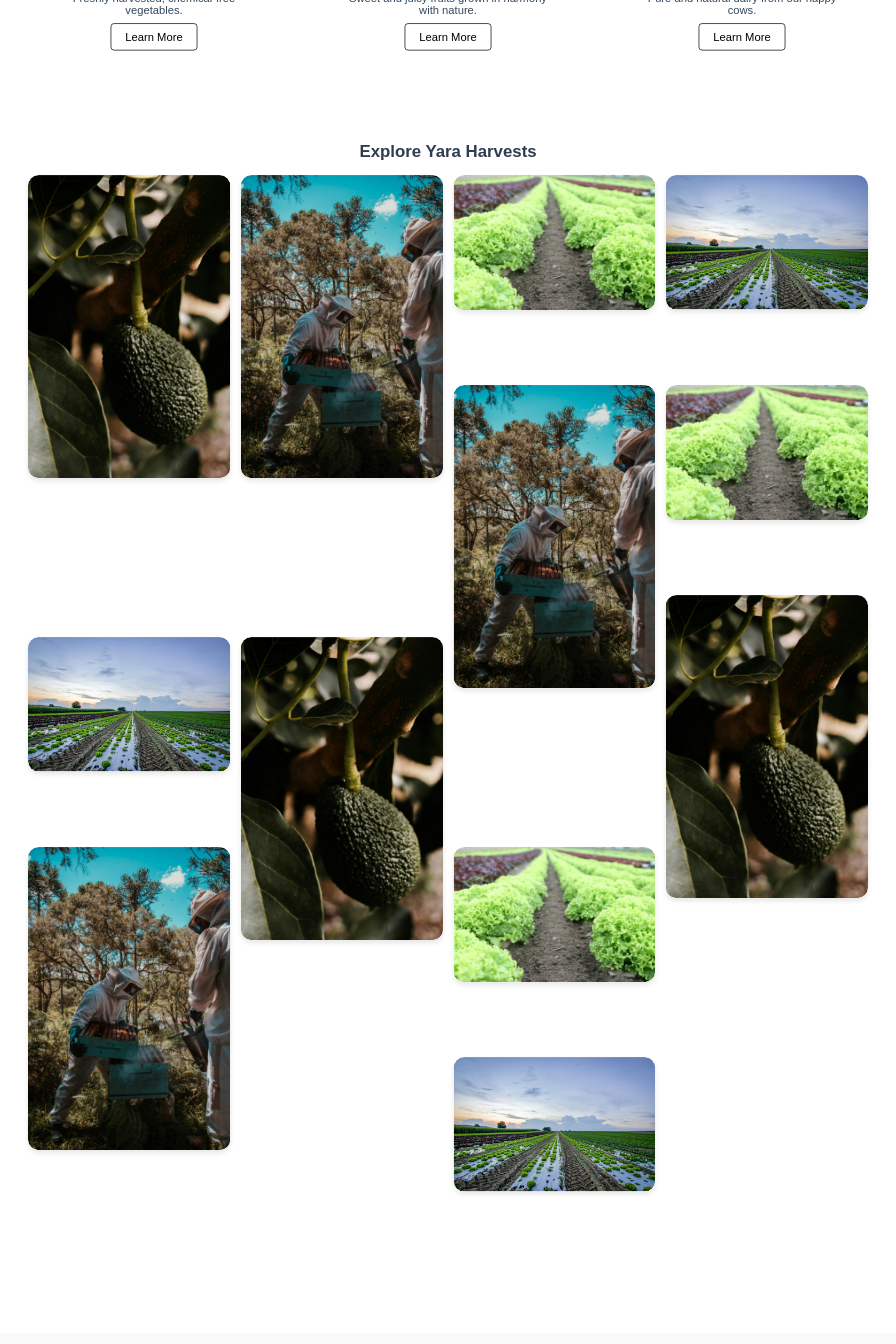
Repository: Kanyi-Manyara/yara-farm
Page: index.html
An editor plug-in stored every save of this project. The page is shown before and after the next save, followed by the edit.
The browser window is 1280 px wide. The pictures show the part of the page from y = 1243 to 3163 px (the page is 4402 px tall before and 4162 px after), at 70% of full size.

Above is the page before, as saved 2025-05-11 10:45:08.
Console error: ReferenceError: applyVariedHeights is not defined

### index.html
<!DOCTYPE html>
<html lang="en">
<head>
  <meta charset="UTF-8">
  <meta name="viewport" content="width=device-width, initial-scale=1.0, maximum-scale=1.0, user-scalable=no">
  <meta name="HandheldFriendly" content="true">  <title>Yara Harvests</title>
  <link rel="stylesheet" href="style.css">
  <link rel="stylesheet" href="https://cdnjs.cloudflare.com/ajax/libs/font-awesome/6.0.0/css/all.min.css">

  <link rel="stylesheet" href="https://cdnjs.cloudflare.com/ajax/libs/font-awesome/6.0.0/css/all.min.css">

</head>
<body>

     <!-- Logo -->
  <header>
    <a href="#" class="logo">
      <img src="assets/farmlogobg2.png" alt="Yara Harvests Logo">
    </a>
  </header>
  <!-- Splash Screen -->
  <div id="splash-screen">
    <div class="splash-content">
        <img src="assets/Farm Logo.png" alt="Logo">
      <!-- <h1>Yara Harvests</h1>
      <p>Where Nature Meets Nourishment</p> -->
    </div>
  </div>

  <!-- Hero Section -->
<section id="hero">
    <div class="video-container">
      <video autoplay muted loop id="hero-video">
        <source src="assets/land.mp4" type="video/mp4">
        Your browser does not support the video tag.
      </video>
    </div>
    <div class="hero-content">
      <h1>Fresh, Organic Produce Straight from Our Farm to Your Table</h1>
      <a href="#products" class="cta-button">Explore Our Harvest</a>
    </div>
  </section>
  <!-- Hero Section
<section id="hero">
    <div class="video-container">
      <video autoplay muted loop id="hero-video">
        <source src="assets/land.mp4" type="video/mp4">
        Your browser does not support the video tag.
      </video>
    </div>
    <div class="hero-content">
      <h1>Fresh, Organic Produce Straight from <br>Our Farm to Your Table</h1>
      <a href="#products" class="cta-button">Explore Our Harvest</a>
    </div>
  </section> -->

  <!-- About Section -->
  <section id="about">
    <div class="about-content">
      <h2>Our Story</h2>
      <p>At Yara Harvests, we are committed to sustainable farming practices. Our mission is to provide fresh, organic produce to our community while preserving the environment.</p>
      <!-- <img src="assets/images/avocado.jpg" alt="Yara Harvests Farm"> -->
    </div>
  </section>

<!-- Products Section -->
<section id="products">
    <h2>What We Offer</h2>
    <div class="product-grid">
      <div class="product-card">
        <i class="fas fa-carrot"></i>
        <h3>Organic Vegetables</h3>
        <p>Freshly harvested, chemical-free vegetables.</p>
        <a href="products/vegetables.html" class="learn-more">Learn More</a>
      </div>
      <div class="product-card">
        <i class="fas fa-apple-alt"></i>
        <h3>Seasonal Fruits</h3>
        <p>Sweet and juicy fruits grown in harmony with nature.</p>
        <a href="products/fruits.html" class="learn-more">Learn More</a>
      </div>
      <div class="product-card">
        <i class="fas fa-cheese"></i>
        <h3>Dairy Products</h3>
        <p>Pure and natural dairy from our happy cows.</p>
        <a href="products/dairy.html" class="learn-more">Learn More</a>
      </div>
    </div>
  </section>

<!-- gallery -->
<section id="gallery">
  <h2>Explore Yara Harvests</h2>
  <div class="gallery-grid">
    <div class="gallery-item">
      <img src="assets/avocado.jpg" alt="Farm Field - Avocados">
    </div>
    <div class="gallery-item">
      <img src="assets/bees.jpg" alt="Beekeeping - Sustainable Farming">
    </div>
    <div class="gallery-item">
      <img src="assets/lettuce.jpg" alt="Fresh Produce - Organic Lettuce">
    </div>
    <div class="gallery-item">
      <img src="assets/seedbed.jpg" alt="Seedbed Preparation">
    </div>
    <div class="gallery-item">
      <img src="assets/bees.jpg" alt="Pollination - Bees at Work">
    </div>
    <div class="gallery-item">
      <img src="assets/lettuce.jpg" alt="Harvested Lettuce">
    </div>
    <div class="gallery-item">
      <img src="assets/avocado.jpg" alt="Avocado Harvest">
    </div>
    <div class="gallery-item">
      <img src="assets/seedbed.jpg" alt="Sprouting Seeds">
    </div>
    <div class="gallery-item">
      <img src="assets/avocado.jpg" alt="Ripe Avocados">
    </div>
    <div class="gallery-item">
      <img src="assets/bees.jpg" alt="Honey Production">
    </div>
    <div class="gallery-item">
      <img src="assets/lettuce.jpg" alt="Freshly Picked Lettuce">
    </div>
    <div class="gallery-item">
      <img src="assets/seedbed.jpg" alt="Soil Preparation">
    </div>
  </div>
</section>

<!-- Testimonials Section -->
<section id="testimonials">
    <h2>What Our Customers Say</h2>
    <div class="carousel-container">
      <div class="carousel-track">
        <div class="testimonial-card">
          <div class="testimonial-content">
            <p>"The best organic produce I've ever tasted! Highly recommend Yara Harvests."</p>
            <div class="testimonial-author">
              <img src="assets/bees.jpg" alt="Customer 1">
              <div class="author-details">
                <h4>Jane Doe</h4>
                <p>Regular Customer</p>
              </div>
            </div>
          </div>
        </div>
        <div class="testimonial-card">
          <div class="testimonial-content">
            <p>"Fresh, delicious, and sustainably grown. Love supporting this farm!"</p>
            <div class="testimonial-author">
              <img src="assets/seedbed.jpg" alt="Customer 2">
              <div class="author-details">
                <h4>John Smith</h4>
                <p>Local Chef</p>
              </div>
            </div>
          </div>
        </div>
        <div class="testimonial-card">
          <div class="testimonial-content">
            <p>"Yara Harvests has transformed the way I eat. Everything is so fresh and flavorful!"</p>
            <div class="testimonial-author">
              <img src="assets/seedbed.jpg" alt="Customer 3">
              <div class="author-details">
                <h4>Emily Johnson</h4>
                <p>Food Blogger</p>
              </div>
            </div>
          </div>
        </div>
        <div class="testimonial-card">
          <div class="testimonial-content">
            <p>"The quality of produce from Yara Harvests is unmatched. Truly exceptional!"</p>
            <div class="testimonial-author">
              <img src="assets/lettuce.jpg" alt="Customer 4">
              <div class="author-details">
                <h4>Michael Brown</h4>
                <p>Health Enthusiast</p>
              </div>
            </div>
          </div>
        </div>
        <!-- Duplicate cards for seamless looping -->
        <div class="testimonial-card">
          <div class="testimonial-content">
            <p>"The best organic produce I've ever tasted! Highly recommend Yara Harvests."</p>
            <div class="testimonial-author">
              <img src="assets/avocado.jpg" alt="Customer 1">
              <div class="author-details">
                <h4>Jane Doe</h4>
                <p>Regular Customer</p>
              </div>
            </div>
          </div>
        </div>
        <div class="testimonial-card">
          <div class="testimonial-content">
            <p>"Fresh, delicious, and sustainably grown. Love supporting this farm!"</p>
            <div class="testimonial-author">
              <img src="assets/Farm Logo.png" alt="Customer 2">
              <div class="author-details">
                <h4>John Smith</h4>
                <p>Local Chef</p>
              </div>
            </div>
          </div>
        </div>
        <div class="testimonial-card">
          <div class="testimonial-content">
            <p>"Yara Harvests has transformed the way I eat. Everything is so fresh and flavorful!"</p>
            <div class="testimonial-author">
              <img src="assets/lettuce.jpg" alt="Customer 3">
              <div class="author-details">
                <h4>Emily Johnson</h4>
                <p>Food Blogger</p>
              </div>
            </div>
          </div>
        </div>
        <div class="testimonial-card">
          <div class="testimonial-content">
            <p>"The quality of produce from Yara Harvests is unmatched. Truly exceptional!"</p>
            <div class="testimonial-author">
              <img src="assets/seedbed.jpg" alt="Customer 4">
              <div class="author-details">
                <h4>Michael Brown</h4>
                <p>Health Enthusiast</p>
              </div>
            </div>
          </div>
        </div>
      </div>
    </div>
  </section>

  <!-- Contact Section -->
<section id="contact">
    <div class="contact-container">
      <!-- Left Side: Contact Form and Information -->
      <div class="contact-left">
        <h2>Get in Touch</h2>
        <form>
          <input type="text" placeholder="Your Name" required>
          <input type="email" placeholder="Your Email" required>
          <textarea placeholder="Your Message" required></textarea>
          <button type="submit">Send Message</button>
        </form>
        <div class="contact-info">
          <p><i class="fas fa-map-marker-alt"></i> Address: 123 Farm Road, Green Valley</p>
          <p><i class="fas fa-phone"></i> Phone: +123 456 7890</p>
          <p><i class="fas fa-envelope"></i> Email: info@yaraharvests.com</p>
        </div>
      </div>

      <!-- Right Side: Google Map -->
      <div class="contact-right">
        <iframe
          src="https://www.google.com/maps/embed?pb=!1m14!1m12!1m3!1d1370.0967259576712!2d36.61745964736168!3d-0.9414913667099373!2m3!1f0!2f0!3f0!3m2!1i1024!2i768!4f13.1!5e1!3m2!1sen!2ske!4v1740219301189!5m2!1sen!2ske"
          width="100%"
          height="100%"
          style="border:0;"
          allowfullscreen=""
          loading="lazy"
          referrerpolicy="no-referrer-when-downgrade"
        ></iframe>
      </div>
    </div>
  </section>
  <!-- Footer -->
  <footer>
    <div class="social-links">
      <a href="#"><i class="fab fa-facebook"></i></a>
      <a href="#"><i class="fab fa-instagram"></i></a>
      <a href="#"><i class="fab fa-twitter"></i></a>
    </div>
    <p>&copy; 2023 Yara Harvests. All rights reserved.</p>
  </footer>

  <!-- Toggle Button -->
<button id="nav-toggle">
    <i class="fas fa-bars"></i>
  </button>

  <!-- Side Navigation -->
  <nav id="side-nav">
    <ul>
      <li><a href="#hero" class="active"><i class="fas fa-home fa-xs"></i></a></li>
      <li><a href="#about"><i class="fas fa-info-circle fa-xs"></i></a></li>
      <li><a href="#products"><i class="fas fa-shopping-basket fa-xs"></i></a></li>
      <li><a href="#gallery"><i class="fas fa-images fa-xs"></i></a></li>
      <li><a href="#testimonials"><i class="fas fa-comments fa-xs"></i></a></li>
      <li><a href="#contact"><i class="fas fa-envelope fa-xs"></i></a></li>
    </ul>
  </nav>

  <script src="script.js"></script>
</body>
</html>

### script.js
// Splash Screen Animation
window.addEventListener('load', () => {
  setTimeout(() => {
      document.getElementById('splash-screen').style.display = 'none';
  }, 3000);
});

// Smooth Scrolling for both click and touch
document.querySelectorAll('a[href^="#"]').forEach(anchor => {
  anchor.addEventListener('click', function(e) {
      e.preventDefault();
      document.querySelector(this.getAttribute('href')).scrollIntoView({
          behavior: 'smooth'
      });
  });
});

// Lightbox Functionality with touch support
const galleryItems = document.querySelectorAll('.gallery-item');

galleryItems.forEach(item => {
  // Add both click and touch event listeners
  item.addEventListener('click', handleLightbox);
  item.addEventListener('touchend', handleLightbox);
});

function handleLightbox(e) {
  // Prevent default behavior for touch events
  if (e.type === 'touchend') {
      e.preventDefault();
  }

  const imgSrc = this.querySelector('img').src;
  const lightbox = document.createElement('div');
  lightbox.style.position = 'fixed';
  lightbox.style.top = '0';
  lightbox.style.left = '0';
  lightbox.style.width = '100%';
  lightbox.style.height = '100%';
  lightbox.style.backgroundColor = 'rgba(0, 0, 0, 0.8)';
  lightbox.style.display = 'flex';
  lightbox.style.justifyContent = 'center';
  lightbox.style.alignItems = 'center';
  lightbox.style.zIndex = '1000';

  const lightboxImg = document.createElement('img');
  lightboxImg.src = imgSrc;
  lightboxImg.style.maxWidth = '90%';
  lightboxImg.style.maxHeight = '90%';
  lightboxImg.style.borderRadius = '15px';

  lightbox.appendChild(lightboxImg);
  document.body.appendChild(lightbox);

  // Close on both click and touch
  lightbox.addEventListener('click', () => {
      document.body.removeChild(lightbox);
  });
  lightbox.addEventListener('touchend', () => {
      document.body.removeChild(lightbox);
  });
}

// Toggle Side Navigation with touch support
const navToggle = document.getElementById('nav-toggle');
const sideNav = document.getElementById('side-nav');

// Add both click and touch event listeners
navToggle.addEventListener('click', toggleNav);
navToggle.addEventListener('touchend', toggleNav);

function toggleNav(e) {
  if (e.type === 'touchend') {
      e.preventDefault();
  }
  sideNav.classList.toggle('active');
}

// Close Side Navigation When Clicking/Touching Outside
document.addEventListener('click', (event) => {
  if (!sideNav.contains(event.target) && !navToggle.contains(event.target)) {
      sideNav.classList.remove('active');
  }
});

document.addEventListener('touchend', (event) => {
  if (!sideNav.contains(event.target) && !navToggle.contains(event.target)) {
      sideNav.classList.remove('active');
  }
});

// Close Side Navigation When a Link is Clicked/Touched
const navLinks = document.querySelectorAll('#side-nav ul li a');

navLinks.forEach(link => {
  link.addEventListener('click', () => {
      sideNav.classList.remove('active');
  });
  link.addEventListener('touchend', (e) => {
      e.preventDefault();
      sideNav.classList.remove('active');
      // Trigger the click after a small delay to allow the nav to close
      setTimeout(() => {
          link.click();
      }, 100);
  });
});

// Enhanced Testimonial Carousel with touch and scroll control
const carouselTrack = document.querySelector('.carousel-track');
let isDragging = false;
let startPos = 0;
let currentTranslate = 0;
let prevTranslate = 0;
let animationID;
let currentIndex = 0;

// Touch event listeners
carouselTrack.addEventListener('touchstart', touchStart);
carouselTrack.addEventListener('touchend', touchEnd);
carouselTrack.addEventListener('touchmove', touchMove);

// Mouse event listeners for desktop
carouselTrack.addEventListener('mousedown', touchStart);
carouselTrack.addEventListener('mouseup', touchEnd);
carouselTrack.addEventListener('mouseleave', touchEnd);
carouselTrack.addEventListener('mousemove', touchMove);

// Auto-scroll variables
let autoScrollInterval;
const autoScrollSpeed = 1; // pixels per frame (adjust for speed)
let isAutoScrolling = true;

// Initialize auto-scroll
startAutoScroll();

function touchStart(e) {
  if (e.type === 'mousedown') {
      isDragging = true;
      startPos = e.clientX;
  } else {
      isDragging = true;
      startPos = e.touches[0].clientX;
  }

  // Stop auto-scroll when user interacts
  stopAutoScroll();
  cancelAnimationFrame(animationID);
  prevTranslate = currentTranslate;
}

function touchEnd() {
  isDragging = false;
  cancelAnimationFrame(animationID);

  // Determine if we should snap to a card
  const movedBy = currentTranslate - prevTranslate;

  if (movedBy < -100 && currentIndex < carouselTrack.children.length / 2 - 1) {
      currentIndex += 1;
  }

  if (movedBy > 100 && currentIndex > 0) {
      currentIndex -= 1;
  }

  setPositionByIndex();

  // Restart auto-scroll after a delay
  setTimeout(startAutoScroll, 3000);
}

function touchMove(e) {
  if (!isDragging) return;

  let currentPosition;
  if (e.type === 'mousemove') {
      currentPosition = e.clientX;
  } else {
      currentPosition = e.touches[0].clientX;
  }

  currentTranslate = prevTranslate + currentPosition - startPos;
  updateCarouselPosition();
}

function updateCarouselPosition() {
  carouselTrack.style.transform = `translateX(${currentTranslate}px)`;
}

function setPositionByIndex() {
  currentTranslate = currentIndex * -320; // 300px card + 20px margin
  updateCarouselPosition();
}

function startAutoScroll() {
  isAutoScrolling = true;
  autoScrollInterval = setInterval(() => {
      currentTranslate -= autoScrollSpeed;
      updateCarouselPosition();

      // Reset position when we've scrolled enough
      if (currentTranslate < -carouselTrack.scrollWidth / 2) {
          currentTranslate = 0;
          updateCarouselPosition();
      }
  }, 16); // ~60fps
}

function stopAutoScroll() {
  isAutoScrolling = false;
  clearInterval(autoScrollInterval);
}

// Pause carousel on hover (desktop only)
carouselTrack.addEventListener('mouseenter', () => {
  stopAutoScroll();
});

carouselTrack.addEventListener('mouseleave', () => {
  startAutoScroll();
});

// Enhanced Pinterest-style Gallery with Lightbox
document.addEventListener('DOMContentLoaded', () => {
  // Initialize gallery items after page load
  initGallery();

  // Handle window resize for responsive adjustments
  window.addEventListener('resize', adjustGallery);
});

function initGallery() {
  const galleryItems = document.querySelectorAll('.gallery-item');

  // Add event listeners for lightbox
  galleryItems.forEach(item => {
    // Add both click and touch event listeners
    item.addEventListener('click', handleLightbox);
    item.addEventListener('touchend', handleLightbox);

    // Add loading="lazy" attribute to images for better performance
    const img = item.querySelector('img');
    if (img) {
      img.setAttribute('loading', 'lazy');
    }
  });

  // Apply varied heights to images for Pinterest-like effect
  applyVariedHeights();
}



function adjustGallery() {
  // Reapply heights on window resize
  applyVariedHeights();
}

function handleLightbox(e) {
  // Prevent default behavior for touch events
  if (e.type === 'touchend') {
    e.preventDefault();
  }

  const imgSrc = this.querySelector('img').src;
  const lightbox = document.createElement('div');
  lightbox.style.position = 'fixed';
  lightbox.style.top = '0';
  lightbox.style.left = '0';
  lightbox.style.width = '100%';
  lightbox.style.height = '100%';
  lightbox.style.backgroundColor = 'rgba(0, 0, 0, 0.8)';
  lightbox.style.display = 'flex';
  lightbox.style.justifyContent = 'center';
  lightbox.style.alignItems = 'center';
  lightbox.style.zIndex = '1000';

  const lightboxImg = document.createElement('img');
  lightboxImg.src = imgSrc;
  lightboxImg.style.maxWidth = '90%';
  lightboxImg.style.maxHeight = '90%';
  lightboxImg.style.borderRadius = '15px';
  lightboxImg.style.objectFit = 'contain'; // Show entire image in lightbox

  lightbox.appendChild(lightboxImg);
  document.body.appendChild(lightbox);

  // Close on both click and touch
  lightbox.addEventListener('click', () => {
    document.body.removeChild(lightbox);
  });
  lightbox.addEventListener('touchend', (e) => {
    e.preventDefault();
    document.body.removeChild(lightbox);
  });
}
// Proper masonry layout with image height detection
function setupMasonry() {
  const grid = document.querySelector('.gallery-grid');
  if (!grid) return;

  // Reset previous styles
  grid.style.gridAutoRows = 'auto';
  const items = document.querySelectorAll('.gallery-item');
  items.forEach(item => item.style.gridRowEnd = '');

  // Calculate proper row spans after images load
  const images = document.querySelectorAll('.gallery-item img');
  images.forEach(img => {
    if (img.complete) {
      setRowSpan(img);
    } else {
      img.addEventListener('load', () => setRowSpan(img));
    }
  });
}

function setRowSpan(img) {
  const rowHeight = 10; // Base row height in pixels
  const rowSpan = Math.ceil(img.clientHeight / rowHeight);
  img.closest('.gallery-item').style.gridRowEnd = `span ${rowSpan}`;
}

// Initialize
window.addEventListener('load', setupMasonry);
window.addEventListener('resize', setupMasonry);

Loaded but not shown: style.css (622 lines, source omitted)

After the next save:
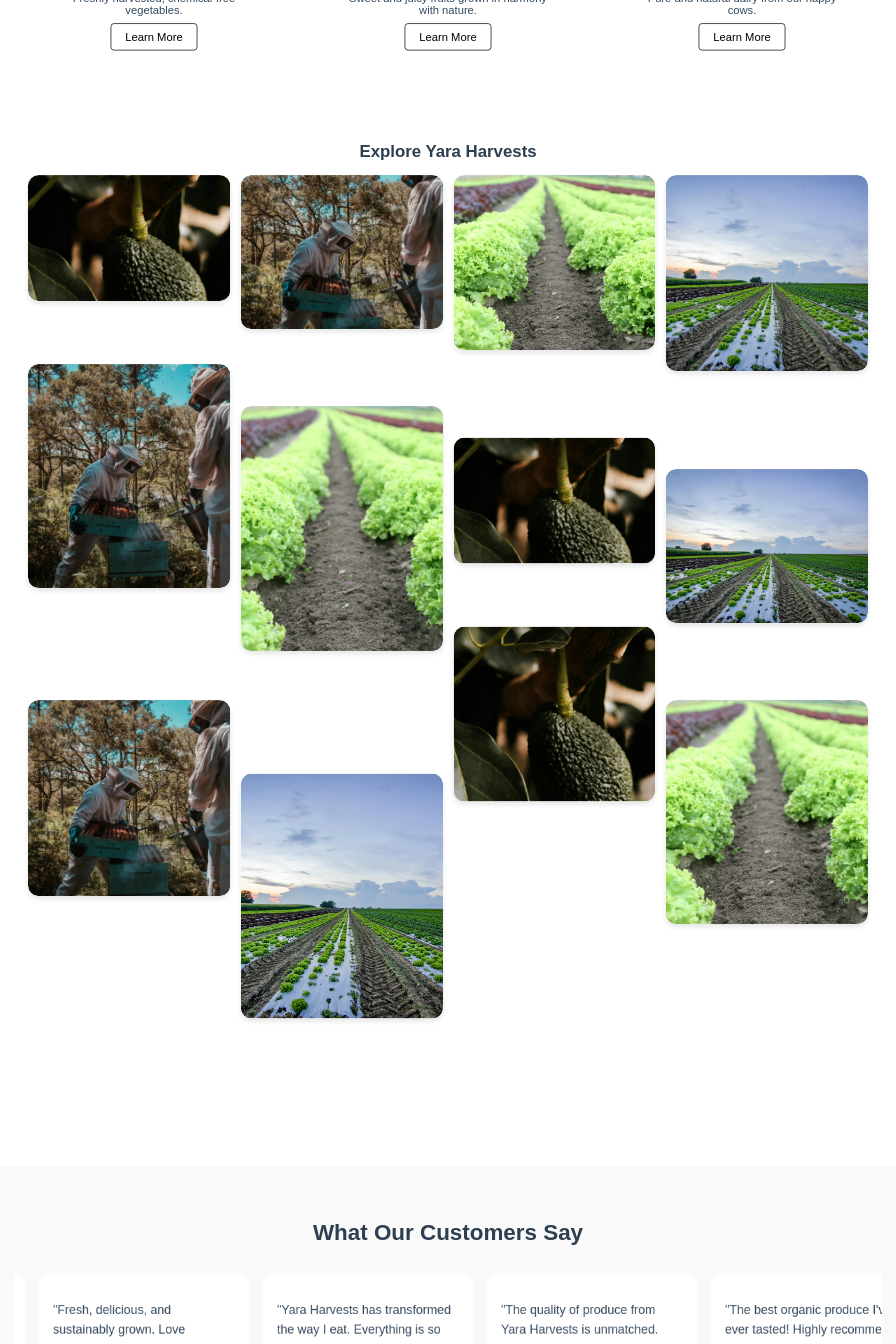
The error is gone.
Saved 60 s later.
--- a/script.js
+++ b/script.js
@@ -250,7 +250,20 @@
   applyVariedHeights();
 }
 
-
+function applyVariedHeights() {
+  const galleryItems = document.querySelectorAll('.gallery-item img');
+  const heights = [180, 220, 250, 280, 320, 350]; // More natural variation
+
+  galleryItems.forEach((img, index) => {
+    // Cycle through heights array for variety
+    const heightIndex = index % heights.length;
+    const height = heights[heightIndex];
+
+    // Set a specific height for each image from our array of options
+    img.style.height = `${height}px`;
+    img.style.objectFit = 'cover';
+  });
+}
 
 function adjustGallery() {
   // Reapply heights on window resize
